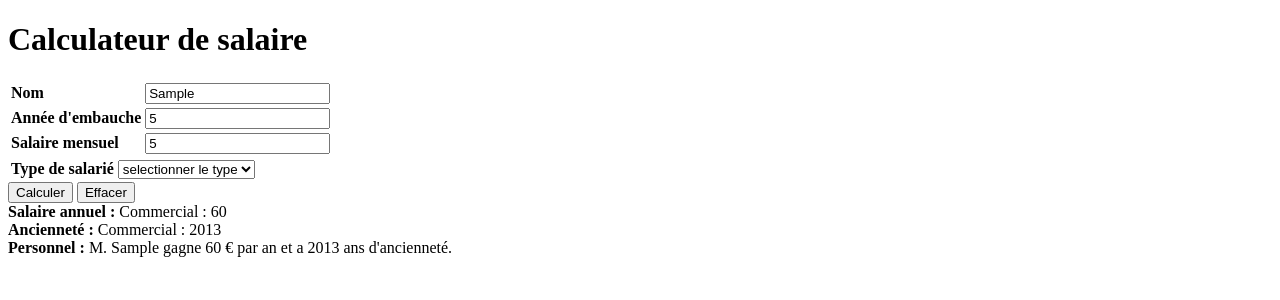
Repository: AgatheLM/formation_js
Page: insee-travaux-js/insee-client-js/tp2.html
The author's editor kept a copy of each file at every save. The page is drawn from the files as they stood at one save, then again after the next save.
The browser window is 1280 px wide. The pictures show the whole page.
Empty fields were first filled with sample values (such as "Sample", 5 or name@example.com).
After loading, the first visible `input[onclick="calculer()"]` was clicked once.

Above is the page before, as saved 2018-01-25 11:25:59.

After the next save:
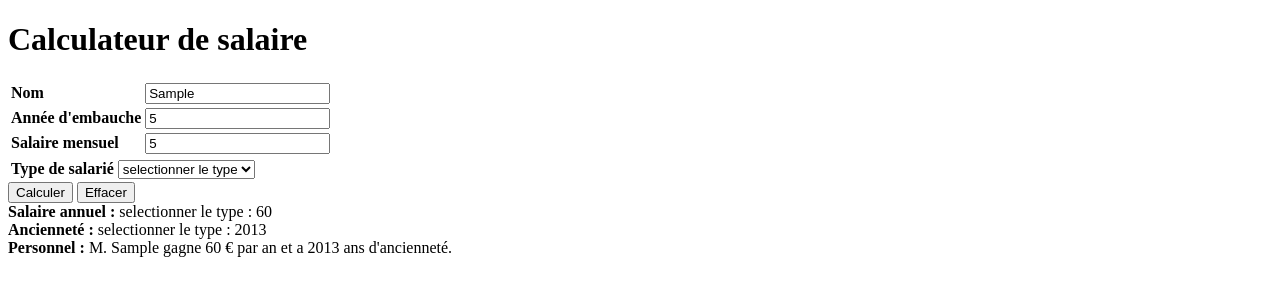
Saved 65 s later.
--- a/insee-travaux-js/insee-client-js/scripts/TP2/main.js
+++ b/insee-travaux-js/insee-client-js/scripts/TP2/main.js
@@ -50,23 +50,15 @@
 
 		 if (type=="dev"){
 			 var p = new Developpeur(nom, anEmb, salM, nbAppli, note);
-			 var salaireA = p.getSalaireA();
-			 writer.Tag("salAn", labelType+ " : " + salaireA);
-			 var anciennete = p.getAnciennete();
-			 writer.Tag("anciennete", "Developpeur : " + anciennete);
-			 var persoString = p.personnelToString();
-			 writer.Tag("persoString", persoString);
-
 		 }else{
 			 var p = new Commercial(nom, anEmb, salM, nbClient, pourcent, caMoy);
-			 var salaireA =  p.getSalaireA();
-			 writer.Tag("salAn", "Commercial : " + salaireA);
-			 var anciennete = p.getAnciennete();
-			 writer.Tag("anciennete", "Commercial : " + anciennete);
-			 var persoString = p.personnelToString();
-			 writer.Tag("persoString", persoString);
-
 		 }
+		 var salaireA = p.getSalaireA();
+		 writer.Tag("salAn", labelType+ " : " + salaireA);
+		 var anciennete = p.getAnciennete();
+		 writer.Tag("anciennete", labelType+ " : " + anciennete);
+		 var persoString = p.personnelToString();
+		 writer.Tag("persoString", persoString);
 
 	 }catch(e){
 		 console.log(e);
